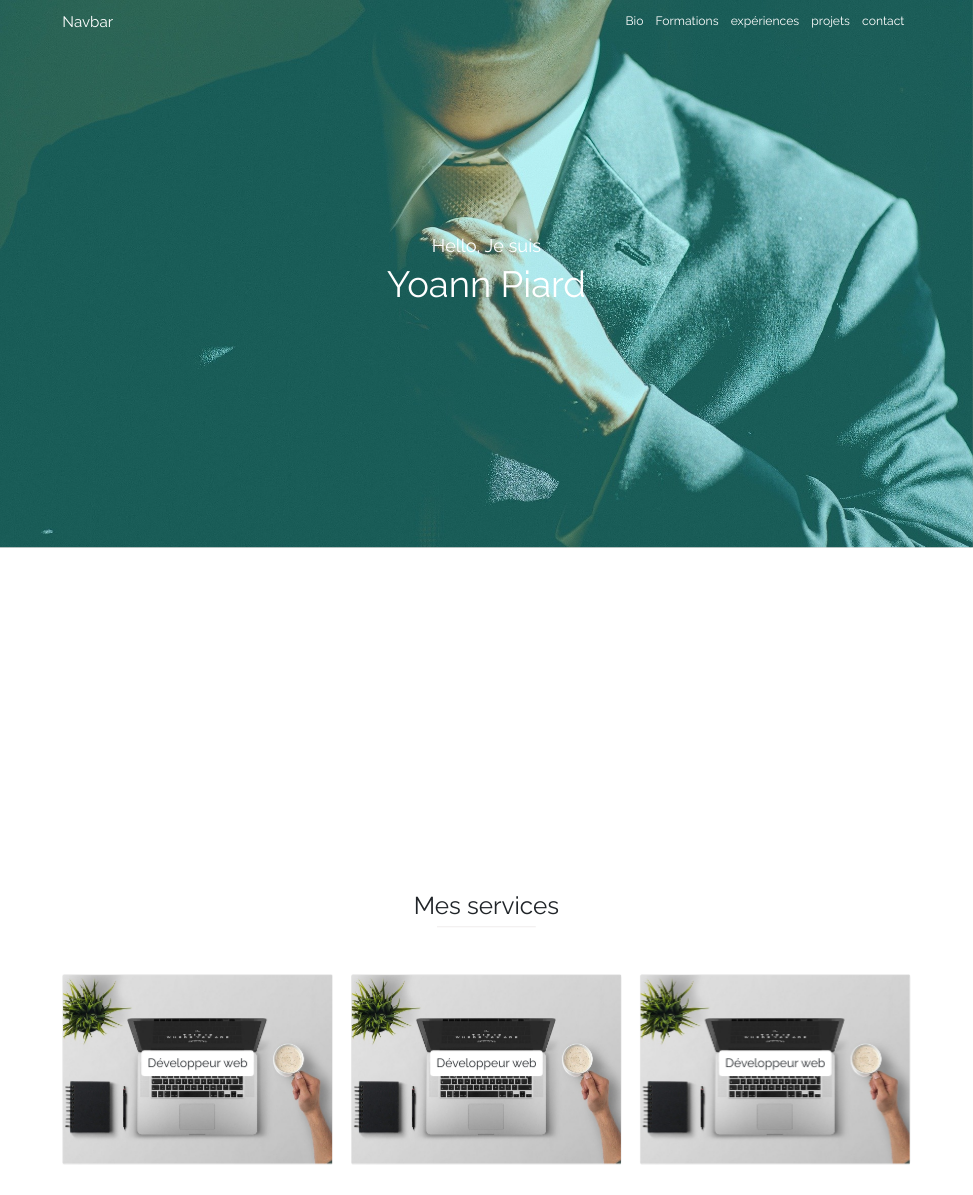
Repository: ypiard85/port-folio-bootstrap-yoann-2021
Page: index.html
These files come from the project's save history. The page is drawn as it stood at one moment and after the next save; the edit follows.
The browser window is 1280 px wide. The pictures show the whole page, at 76% of full size.

Above is the page before, as saved 2021-03-09 18:08:49.
Console error: TypeError: window.onload is not a function

After the next save:
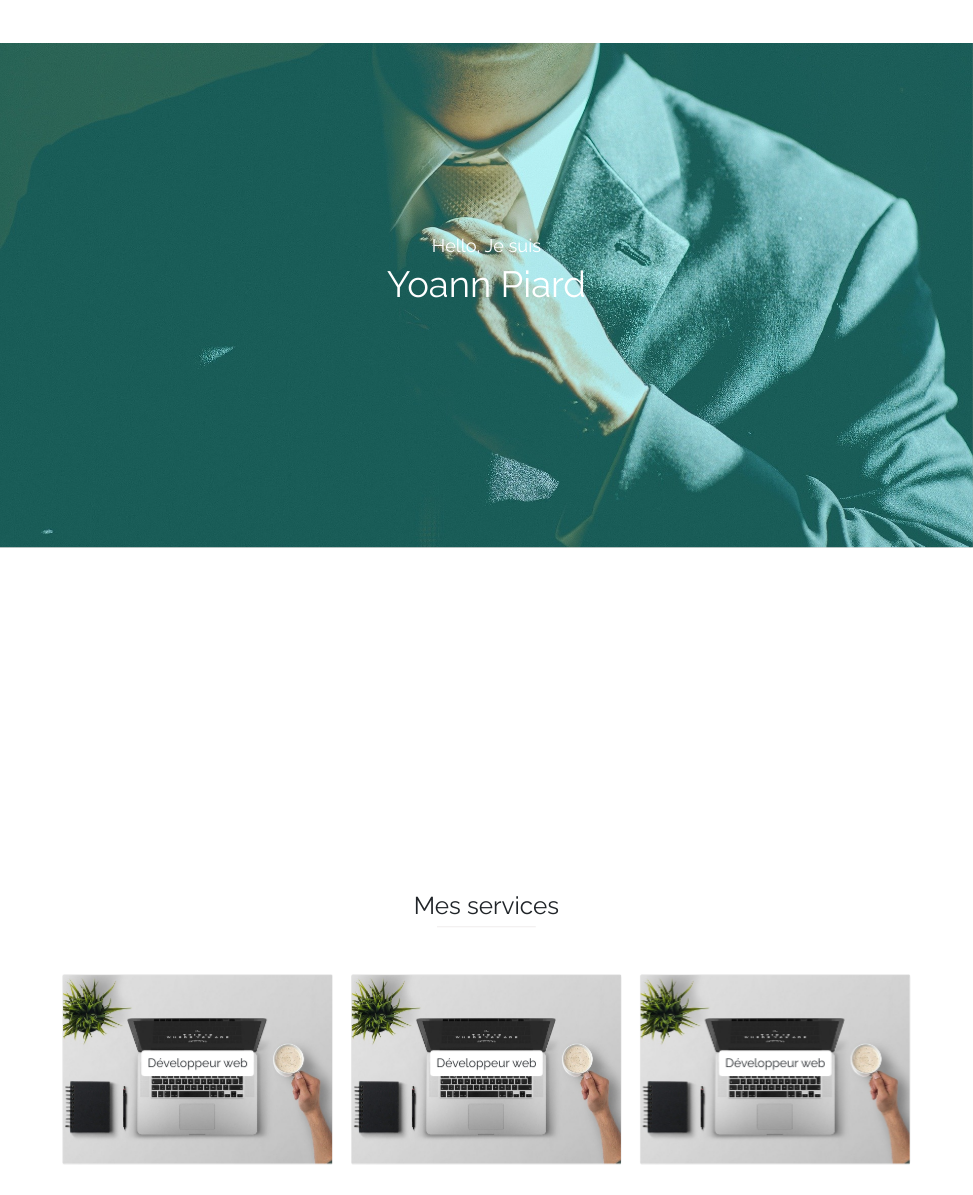
Saved 34 s later.
--- a/resource/style.css
+++ b/resource/style.css
@@ -15,6 +15,10 @@ body{
 
 nav a{
     color: white!important;
+}
+
+nav{
+    background: white;
 }
 
 header{
